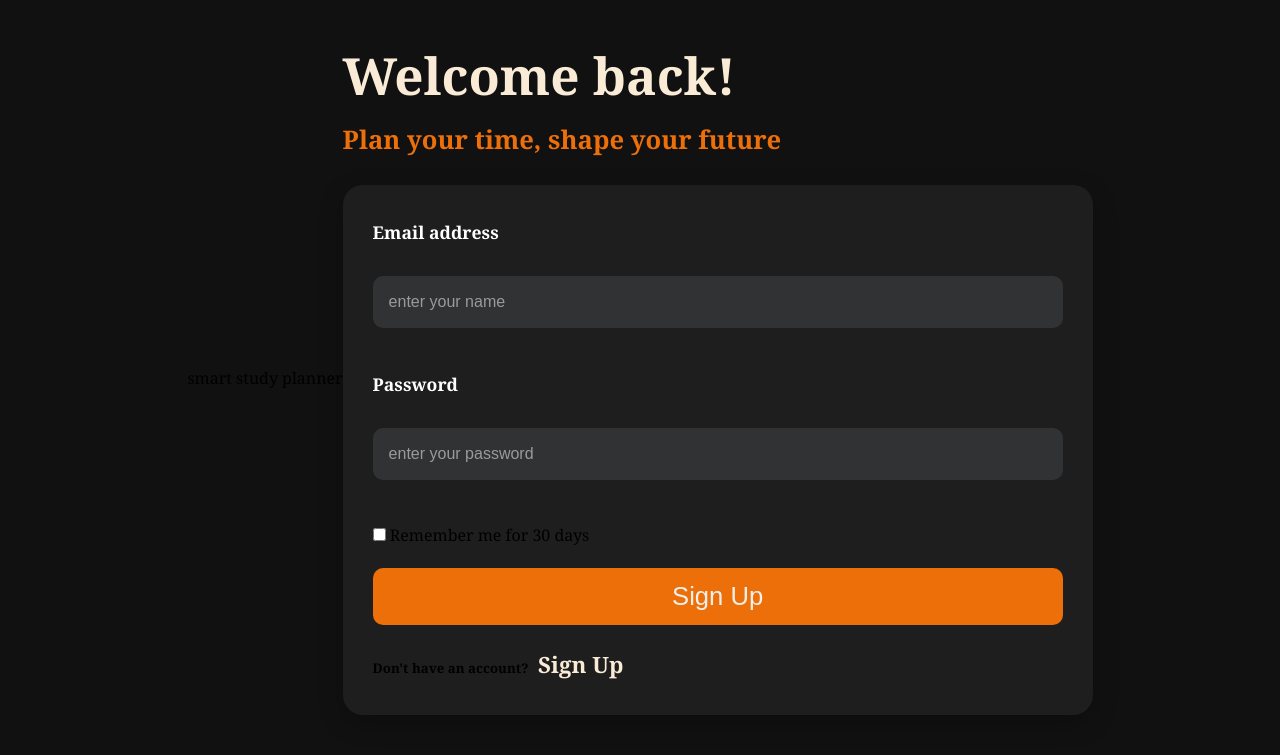
Repository: HaifaBaderBinDuhaim/web
Page: Frontend/logIn.html
The author's editor kept a copy of each file at every save. The page is drawn from the files as they stood at one save, then again after the next save.
The browser window is 1280 px wide. The pictures show the whole page.

Above is the page before, as saved 2026-04-07 03:10:18.

### Frontend/logIn.html
<!doctype html>
<!-- <html lang="en">
  <head>
    <meta charset="UTF-8" />
    <title>Smart Study Planner - Login</title>
    <link rel="stylesheet" href="../css/style.css" />
  </head>

  <body>
    <div class="container">
      <h1>Smart Study Planner</h1>

      <form
        id="loginForm"
        onsubmit="
          event.preventDefault();
          loginUser();
        "
      >
        <label>Email</label>
        <input type="email" id="email" required />

        <label>Password</label>
        <input type="password" id="password" required />

        <button type="submit">Login</button>

        <p>
          Don't have an account?
          <a href="register.html">Create one</a>
        </p>
      </form>
    </div>

    <script src="../js/auth.js"></script>
  </body>
</html>-->
<!doctype html>
<html lang="en">
  <head>
    <meta charset="UTF-8" />
    <tilte>smart study planner</tilte>
    <link rel="stylesheet" href="styleLogin.css" />
  </head>
  <body class="body">
    <article class="register">
      <h1 class="header1">Welcome back!</h1>
      <h3 class="quote">Plan your time, shape your future</h3>
      <nav class="background">
        <form>
          <label for="email" class="labels">Email address</label><br />
          <input
            id="email"
            name="email"
            type="text"
            placeholder="enter your name"
            class="whiteButton"
          /><br />
          <br />
          <label for="password" class="labels">Password</label><br />
          <input
            id="password"
            name="password"
            type="password"
            placeholder="enter your password"
            class="whiteButton"
          /><br />
          <br />
          <input type="checkbox" id="reminder" />
          <lable for="reminder">Remember me for 30 days</lable><br />
          <br />
          <button type="button" class="button" onclick="goToPage()">
            Sign Up
          </button>

          <script>
            function goToPage() {
              window.location.href = "courses2.html";
            }
          </script>
        </form>

        <h5>
          Don't have an account?
          <a href="register.html" alt="sign in" target="_blank" class="sign-up"
            >Sign Up</a
          >
        </h5>
      </nav>
    </article>
    <!-- <img
      src="studying .png"
      alt="studying"
      height="700"
      width="700"
      class="image"
    /> -->
  </body>
</html>

### Frontend/styleLogin.css
* {
  margin: 0;
  padding: 0;
  box-sizing: border-box;
}

body,
.body {
  min-height: 100vh;
  display: flex;
  justify-content: center;
  align-items: center;
  background-color: #111111;
  padding: 40px 20px;
  font-family: Georgia, "Times New Roman", serif;
}

.register {
  width: 100%;
  max-width: 750px;
}

.header1 {
  color: antiquewhite;
  font-size: clamp(2rem, 4vw, 3.5rem);
  margin-bottom: 12px;
}

.quote {
  color: #ec6f09;
  font-size: clamp(1.1rem, 2vw, 2rem);
  margin-bottom: 28px;
}

.background {
  width: 100%;
  background-color: #1e1e1e;
  border-radius: 20px;
  padding: 35px 30px;
  box-shadow: 0 8px 25px rgba(0, 0, 0, 0.25);
}

.form {
  width: 100%;
}

.labels {
  display: block;
  margin-bottom: 10px;
  color: #ffffff;
  font-weight: bold;
  font-size: 1.1rem;
}

.whiteButton {
  width: 100%;
  min-height: 52px;
  background-color: #303234;
  border-radius: 10px;
  border: none;
  color: antiquewhite;
  padding: 0 16px;
  font-size: 1rem;
  margin-bottom: 22px;
}

.whiteButton::placeholder {
  color: #9a9a9a;
}

.whiteButton:focus {
  outline: 2px solid #ec6f09;
}

.check-row {
  display: flex;
  align-items: center;
  gap: 10px;
  margin-bottom: 24px;
  flex-wrap: wrap;
}

.check-label {
  color: antiquewhite;
  font-size: 1rem;
}

.button {
  width: 100%;
  background-color: #ec6f09;
  padding: 14px 20px;
  border: none;
  border-radius: 10px;
  color: rgb(242, 239, 235);
  font-size: 1.6rem;
  cursor: pointer;
  transition: 0.3s ease;
  margin-bottom: 24px;
}

.button:hover {
  background-color: #ff7d12;
}

.account-text {
  color: antiquewhite;
  font-size: 1rem;
}

.sign-up {
  font-size: 1.4rem;
  text-decoration: none;
  color: antiquewhite;
  font-weight: bold;
  margin-left: 6px;
}

.sign-up:hover {
  text-decoration: underline;
  color: #ffffff;
}

/* Tablet */
@media (max-width: 768px) {
  .register {
    max-width: 600px;
  }

  .background {
    padding: 28px 22px;
  }

  .button {
    font-size: 1.3rem;
  }
}

/* Mobile */
@media (max-width: 480px) {
  body,
  .body {
    padding: 25px 14px;
  }

  .background {
    padding: 22px 16px;
    border-radius: 16px;
  }

  .labels {
    font-size: 1rem;
  }

  .whiteButton {
    min-height: 46px;
    font-size: 0.95rem;
  }

  .button {
    font-size: 1.1rem;
    padding: 12px;
  }

  .sign-up {
    font-size: 1.1rem;
  }
}
/*
styling for sidebar
======================================================================*/

.body-sidebare {
  background-color: #111111;
  font-family: Arial, sans-serif;
  min-height: 100vh;
  padding: 30px;
}

.sidebar {
  width: 260px;
  min-height: 100vh;
  background-color: #1e1e1e;
  color: white;
  padding: 25px 18px;
  border-radius: 20px;
}

.logo {
  display: flex;
  align-items: center;
  gap: 12px;
  margin-bottom: 35px;
  font-size: 28px;
  font-weight: bold;
}

.logo svg {
  width: 22px;
  height: 22px;
  color: #b197fc;
}

.menu {
  display: flex;
  flex-direction: column;
  gap: 8px;
}

.item {
  display: flex;
  align-items: center;
  gap: 12px;
  padding: 12px 14px;
  border-radius: 12px;
  cursor: pointer;
  transition: 0.3s;
  color: #d1d1d1;
}

.item:hover {
  background-color: #2a2a2a;
  color: white;
}

.item svg {
  width: 20px;
  height: 20px;
}
.link {
  text-decoration: none;
  color: antiquewhite;
}
.link:hover {
  text-decoration: underline;
  font-size: 17px;
}

/* ======================================================================================= */

### Frontend/style.css
body {
    font-family: Arial, sans-serif;
    background: #f4f4f4;
}

.container {
    width: 350px;
    margin: 80px auto;
    background: #f4eaea;
    padding: 25px;
    border-radius: 10px;
    box-shadow: 0 0 10px #ccc;
}

input {
    width: 100%;
    padding: 10px;
    margin: 8px 0 15px;
}

button {
    width: 100%;
    padding: 10px;
    background: #4CAF50;
    color: white;
    border: none;
    cursor: pointer;
}
.menu {
    display: flex;
    flex-direction: column;
    gap: 15px;
    margin: 20px 0;
}

.logout-btn {
    background: #d9534f;
    color: white;
    padding: 10px;
    width: 100%;
    border: none;
    cursor: pointer;
    border-radius: 5px;
}
.day-box {
    background: #f9f9f9;
    padding: 15px;
    margin: 15px 0;
    border-radius: 8px;
    border: 1px solid #ddd;
}
.stats-box {
    background: #f9f9f9;
    padding: 20px;
    margin-top: 20px;
    border-radius: 8px;
    border: 1px solid #ddd;
    line-height: 1.8;
}
.ai-box {
    background: #f9f9f9;
    padding: 15px;
    margin-top: 15px;
    border-radius: 8px;
    border: 1px solid #ddd;
    min-height: 80px;

}

After the next save:
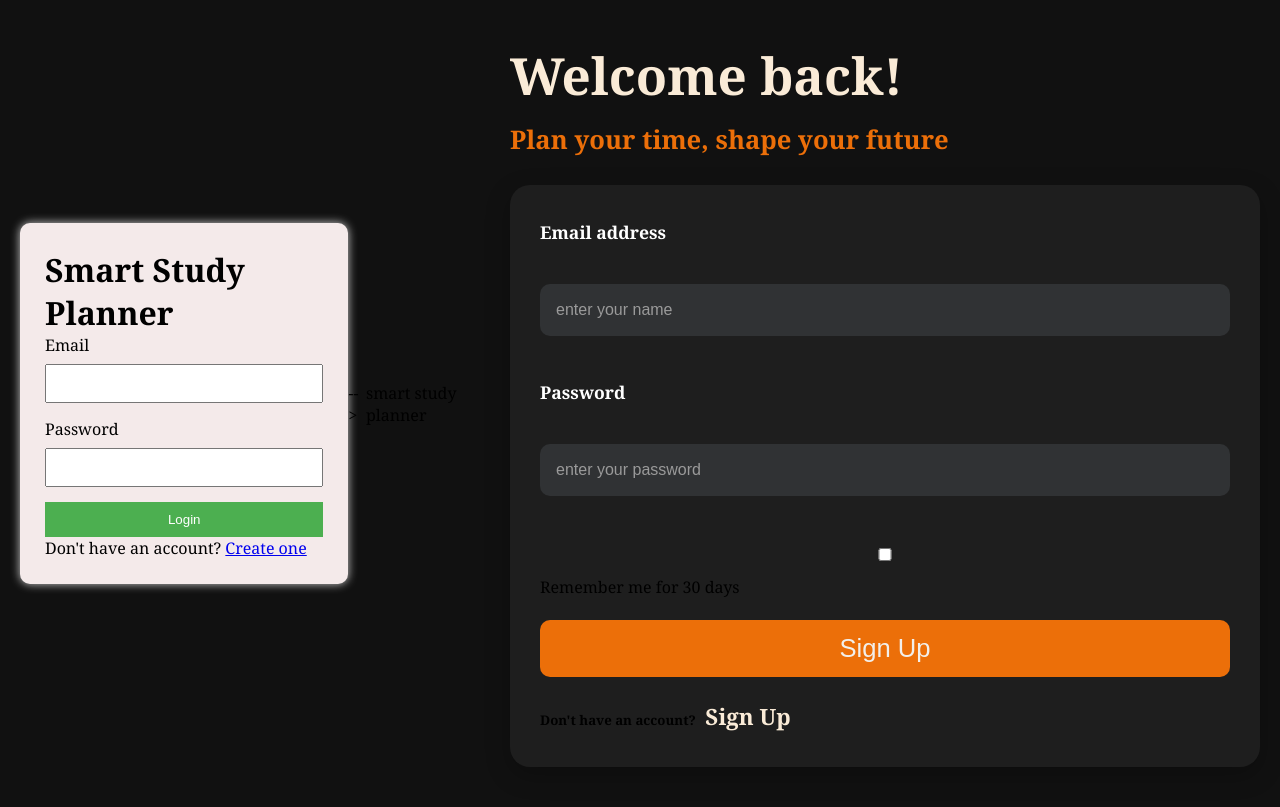
Not found: Frontend/js/auth.js
Saved 74 s later.
--- a/Frontend/logIn.html
+++ b/Frontend/logIn.html
@@ -1,5 +1,5 @@
 <!doctype html>
-<!-- <html lang="en">
+
   <head>
     <meta charset="UTF-8" />
     <title>Smart Study Planner - Login</title>

After the save that followed:
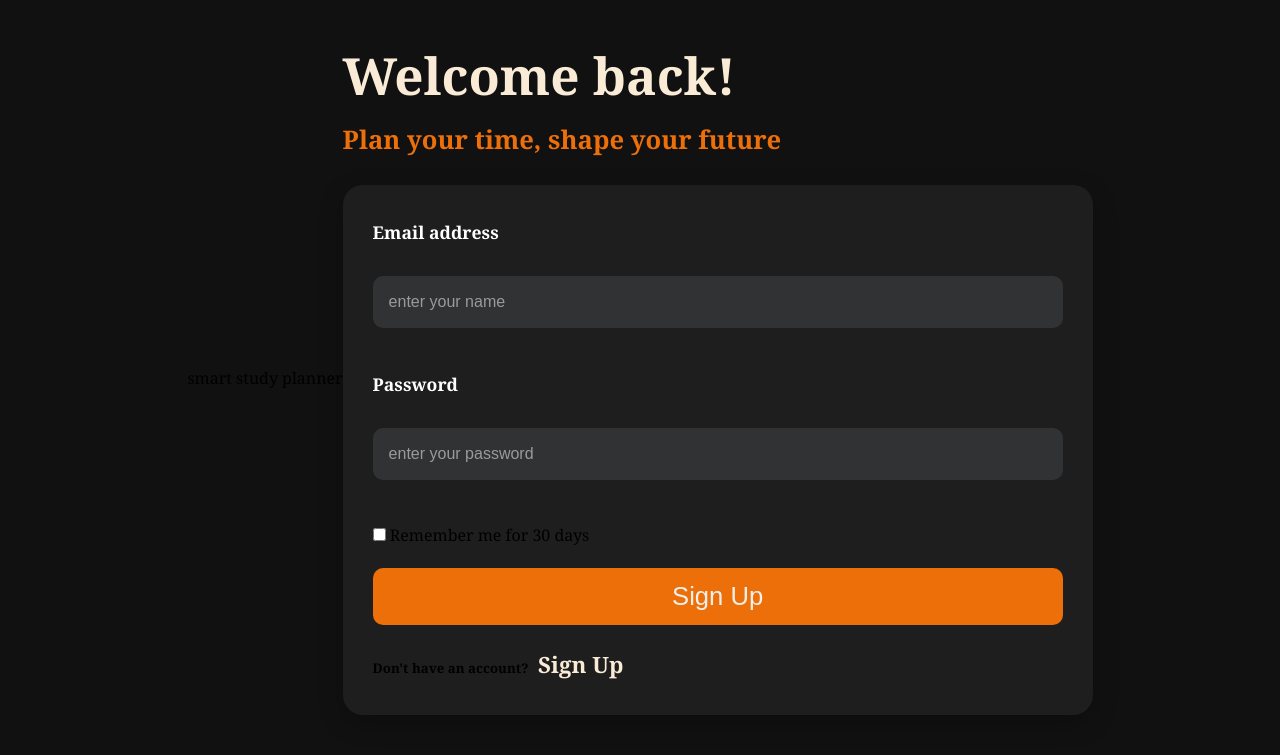
Saved 18 s later.
--- a/Frontend/logIn.html
+++ b/Frontend/logIn.html
@@ -1,5 +1,5 @@
 <!doctype html>
-
+<!-- <html lang="en">
   <head>
     <meta charset="UTF-8" />
     <title>Smart Study Planner - Login</title>
